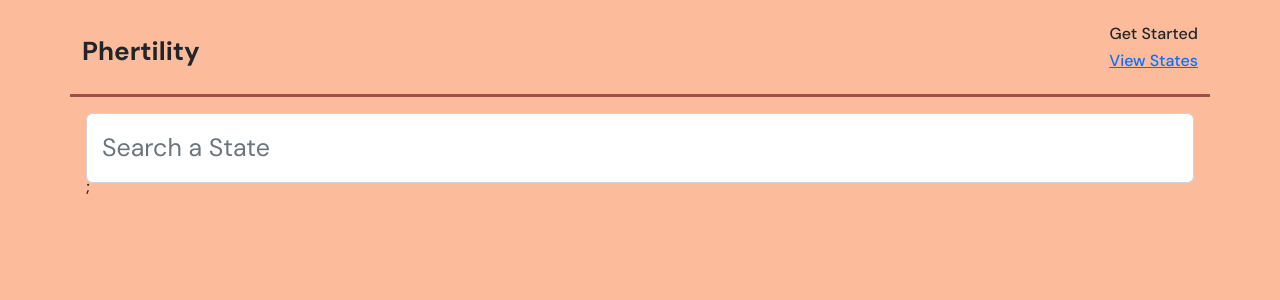
Repository: KaiDubauskas/phertility
Page: /states (app in frontend/app/)
The author's editor kept a copy of each file at every save. The page is drawn from the files as they stood at one save, then again after the next save.
The browser window is 1280 px wide. The pictures show the whole page.
The page's requests for data from a server got no answer. The project was rebuilt for these pictures with package versions that can differ from the ones it lists, and the page was loaded fresh each time. No one was signed in, and anything a server would have sent is missing. Also part of the build but not shown: frontend/app/src/CurrentLocation.js, frontend/app/src/Map.js, frontend/app/src/Images/index.js, frontend/app/src/components/homepage.js.

Above is the page before, as saved 2022-10-23 02:22:40.

### frontend/app/public/index.html
<!DOCTYPE html>
<html lang="en">
  <head>
    <meta charset="utf-8" />

    <meta name="viewport" content="width=device-width, initial-scale=1" />
    <meta name="theme-color" content="#000000" />
    <meta
      name="description"
      content="Web site created using create-react-app"
    />
    <!--
      manifest.json provides metadata used when your web app is installed on a
      user's mobile device or desktop. See https://developers.google.com/web/fundamentals/web-app-manifest/
          <link rel="icon" href="%PUBLIC_URL%/favicon.ico" />
            <link rel="manifest" href="%PUBLIC_URL%/manifest.json" />
    -->

    <!--
      Notice the use of %PUBLIC_URL% in the tags above.
      It will be replaced with the URL of the `public` folder during the build.
      Only files inside the `public` folder can be referenced from the HTML.

      Unlike "/favicon.ico" or "favicon.ico", "%PUBLIC_URL%/favicon.ico" will
      work correctly both with client-side routing and a non-root public URL.
      Learn how to configure a non-root public URL by running `npm run build`.
    -->
    <title>React App</title>
  </head>
  <body>
    <noscript>You need to enable JavaScript to run this app.</noscript>
    <div id="root"></div>
    <!--
      This HTML file is a template.
      If you open it directly in the browser, you will see an empty page.

      You can add webfonts, meta tags, or analytics to this file.
      The build step will place the bundled scripts into the <body> tag.

      To begin the development, run `npm start` or `yarn start`.
      To create a production bundle, use `npm run build` or `yarn build`.
    -->
  </body>
</html>

### frontend/app/src/index.js
import React from 'react';
import ReactDOM from 'react-dom/client';
import './index.css';
import App from './App';
import { BrowserRouter } from "react-router-dom";


const root = ReactDOM.createRoot(document.getElementById('root'));
root.render(
    // <React.StrictMode>
      <BrowserRouter>
        <App />
      </BrowserRouter>
    // </React.StrictMode>
);

### frontend/app/src/App.js
import './App.css';
import Map from './Map';
import { Routes, Route, Link, useRoutes } from 'react-router-dom';
import "bootstrap/dist/css/bootstrap.min.css";
import Homepage from "./components/homepage.js";
import Header from "./components/header.js";
import States from "./components/states.js"

function App() {
  return (
    <div className="App">
      <Header/>
      <Routes>
        <Route path="/" element={<Homepage/>}/>
        <Route path="/map" element={<Map/>}/>
        <Route path="/states" element={<States/>}/>
      </Routes>

    </div>
  );
}

export default App;

### frontend/app/src/App.css
@import url('https://fonts.googleapis.com/css2?family=DM+Sans:wght@400;500;700&display=swap');

* {
  background-color: #fcbc9c;
  font-family: 'DM Sans', sans-serif;
  font-weight: 500;
}

.App {
  height: 100vh;
  background-color: #fcbc9c;
}

.sticky-top {
  position: sticky;
  top: 0;
  z-index: 1020;
}

.brdr {
  border-bottom-style: solid;
  border-bottom-color: rgb(160, 78, 78);
}

.logo-title {
  font-size: 26px;
  font-weight: 700;
}

.jumbot {
  height: calc(100vh + -160px);
}

/* .mapWords{
  height: calc(100vh + -160px);
} */

.btnStart {
  background-color: #f56c7a;
  text-decoration: none;
  font-weight: 450;
  border: none;
  border-radius: 0.3em;
  font-size: 1.25em;
  width: 6.5em;
  height: 48px;
}

.btnStart:hover {
  background-color: #eb4e5d;
}

### frontend/app/src/components/header.js
import React, { useState, useEffect } from "react";
import { Routes, Route, Link, useRoutes } from 'react-router-dom';
import "bootstrap/dist/css/bootstrap.min.css";
import '../App.css';


const Header = () => {
    return (
        <nav class="sticky-top py-3 py-lg-7 bg-">
            <div class="d-block">
                <div class="container">
                    <div class="row align-items-center justify-content-between pt-2 pb-3 brdr">
                        <div class="col-5 logo-title">
                            Phertility
                        </div>
                        <div class="col-7 text-end">
                            <h6>Get Started</h6>
                            <Link to={{
                                pathname: `/states`,

                            }}>
                            <h6>View States</h6>
                            </Link>
                        </div>
                    </div>
                </div>
            </div>
        </nav>
    )
}

export default Header;

### frontend/app/src/components/states.js
import React, {useState, useEffect} from 'react';
import {doc, setDoc, getDocs, collection, startAfter} from "firebase/firestore";
import {db} from './database';
import 'bootstrap/dist/css/bootstrap.min.css';
import Card from 'react-bootstrap/Card';
import Form from 'react-bootstrap/Form';
import CardGroup from 'react-bootstrap/CardGroup';
import '../states.css';
import '../App.css';


function States(){

    const [searchState, setSearchState]=useState("");
    const [latest, setLatest]=useState([]);
    const [result, setResult]=useState([]);
    useEffect(() => {
        let newArr = [];
        getDocs(collection(db, "policies")).then((states) => {
        states.forEach((state) =>
          newArr.push({
            name: state.id,
            policy: state.data().policy,
            imgLink: state.data().imgLink,
            numFacilities: state.data().noOfFacilities,
            percentAborted: state.data().percentageAborted,
            totalAbortion: state.data().totalAbortion
          })
        );
        console.log(newArr);
        setResult(newArr);
      });
    }, []);
    const filterState= result.filter(item=> {
        return searchState!== "" ? item.name.includes(searchState) : item;
      });


    const states= filterState.map((data, i) => {
        return (

        <div class="container-fluid cardFull justify-content-between align-items-center px-0">
            <Card
            key={i}
            bg="light"
            text="dark"
            className="text-center theCard ml-0"
            >
          {/* <Card.Img class="cardImg" src={data.imgLink} alt="Card Image" /> */}
          {/* <Card.ImgOverlay> */}
          <Card.Body class="container-fluid cardBody">
            {/* <div class="container-fluid"> */}
            <Card.Title class="cardTitle"> <b>{data.name}</b></Card.Title>
            <Card.Text class="cardText"> Policies: {data.policy} </Card.Text>
            <Card.Text class="cardText"> Number of Facilities: <b>{data.numFacilities}</b> </Card.Text>
            <Card.Text class="cardText"> Percentage of Pregnancies Aborted: <b>{data.percentAborted}</b> </Card.Text>
            <Card.Text class="cardText"> Total Abortions in Past Year: <b>{data.totalAbortion}</b> </Card.Text>
            {/* </div> */}

          </Card.Body>
          {/* </Card.ImgOverlay> */}
            </Card>
        </div>

      );
    });

return (
<div class="container px-3">
<Form className="form">
<Form.Group className="search" controlId="formGroupSearch">
<Form.Control
type="text"
placeholder="Search a State"
onChange={e=> setSearchState(e.target.value)}
/>
</Form.Group>
</Form>
<div className="countries justify-content-between align-items-center">
      {states};
</div>
</div>
)
};

export default States

### frontend/app/src/Map.css
 *{
    background-color: transparent;
}
.mapContainer{
    height: calc(96vh + -130px);
    /* height: 80vh; */
    background-color: transparent;
    margin: 8px 0px 8px 0px;
}
.marker-image{
    text-align: center;
    display: flex;
	position: relative;
	cursor: pointer;
	perspective: 800px;
    z-index: 0;
}
.marker-image img {
    height: 55px;
    z-index: 0;
}
.marker-image:hover img {
    z-index: 0;
}
.theImg{
    z-index: 0;

}
.marker-image .details {
	width: 120px;
	height: auto;
	padding: 7px;
    padding-top: 12px;
	position: fixed;
    border-radius: 0.8rem;
    align-items: center;
	content: "";
	top: 135px;
	left: 100%;
	transform: translate(-50%, -50%) rotateY(90deg);
	transform-origin: 50%;
	background: rgb(244, 176, 176);
	/* transition: all 0.4s ease-in; */
    z-index: 1;
}
.marker-image:hover .details {
	transform: translate(-37%, -55%) rotateY(0deg);
	opacity: 1;
    z-index: 1;
}

.containerIcon{
    align-items: center;

}
.block {
    align-items: center;

}
/* .loc-name{
    font-size: 10px;
    font-weight: bold;
    font-family: 'Raleway', sans-serif;
    font-family: 'Ubuntu', sans-serif;
}
.loc-add{
    font-size: 10px;
    font-family: 'Raleway', sans-serif;
    font-family: 'Ubuntu', sans-serif;
} */

### frontend/app/src/components/database.js
// Import the functions you need from the SDKs you need
import { initializeApp } from "firebase/app";
import {getFirestore} from "firebase/firestore";


// Your web app's Firebase configuration
// For Firebase JS SDK v7.20.0 and later, measurementId is optional
const firebaseConfig = {
    apiKey: "AIzaSyAyKVyTtIHEFPmZgM5wI_1ea4q7TUAxClQ",
    authDomain: "abortion-policy-project.firebaseapp.com",
    databaseURL: "https://abortion-policy-project-default-rtdb.firebaseio.com",
    projectId: "abortion-policy-project",
    storageBucket: "abortion-policy-project.appspot.com",
    messagingSenderId: "798743301439",
    appId: "1:798743301439:web:de466c3ecc408244cf578a",
    measurementId: "G-H2Y1R85YSG"
  };

  // Initialize Firebase
  const app = initializeApp(firebaseConfig);
  export const db = getFirestore(app);

### frontend/app/src/states.css
 *{
  background-color: #fcbc9c;
 }
 .cardFull{
  background-color: #fcbc9c;
  font-family: 'DM Sans', sans-serif;
  font-weight: 500;
  align-items: center;
  justify-content: between;
}

.countries{
    display: grid;
    grid-template-columns: 33% 33% 33%;
    column-gap: 10px;
    line-height: 50%;

  }

.cardBody{
  height: 100%;
  position: relative;
  align-items: center;
  justify-content: between;
  line-height: normal;
  overflow-y: scroll;
}
.theCard{
  border-radius: 2rem;
  background-color: white;
  margin: 10px;
  height: 390px;
  overflow: hidden;
  padding-bottom: 5px;
  align-items: end;
  justify-content: end;
}

/* .cardBody > b{
  margin:3px;
  height: 10px;
} */
.form input{
    padding: 15px;
    font-size: 25px;
    color: black;
  }

  .cardText{
    margin: 15px 12px;
    font-size: 16px;

  }

  .cardTitle{
    margin: 20px;
    font-size: 22px;
    font-weight: bold;
  }

  .cardImg{
    opacity: 0.5;
  }

Loaded but not shown: frontend/app/src/index.css (common file)

After the next save:
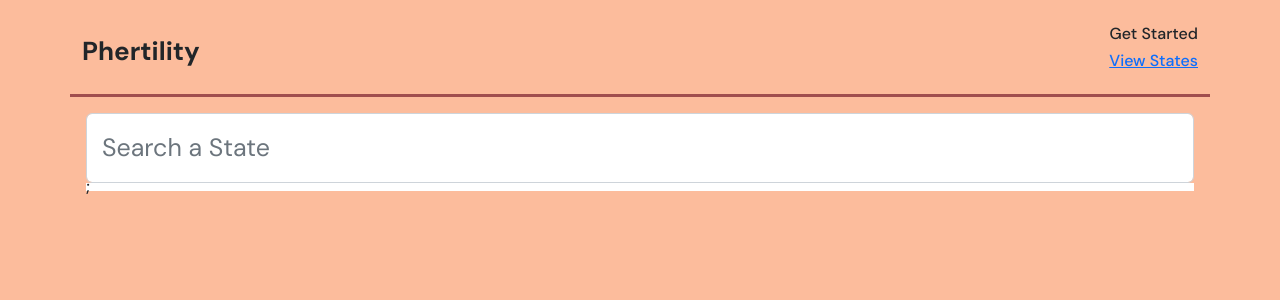
Saved 14 s later.
--- a/frontend/app/src/states.css
+++ b/frontend/app/src/states.css
@@ -11,6 +11,7 @@
 
 .countries{
     display: grid;
+    background-color: white;
     grid-template-columns: 33% 33% 33%;
     column-gap: 10px;
     line-height: 50%;
@@ -27,7 +28,6 @@
 }
 .theCard{
   border-radius: 2rem;
-  background-color: white;
   margin: 10px;
   height: 390px;
   overflow: hidden;

After the save that followed:
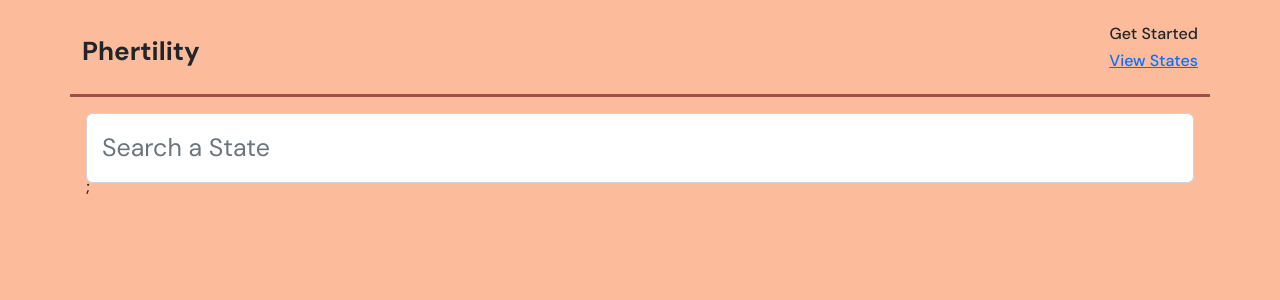
Saved 8 s later.
--- a/frontend/app/src/states.css
+++ b/frontend/app/src/states.css
@@ -11,7 +11,6 @@
 
 .countries{
     display: grid;
-    background-color: white;
     grid-template-columns: 33% 33% 33%;
     column-gap: 10px;
     line-height: 50%;
